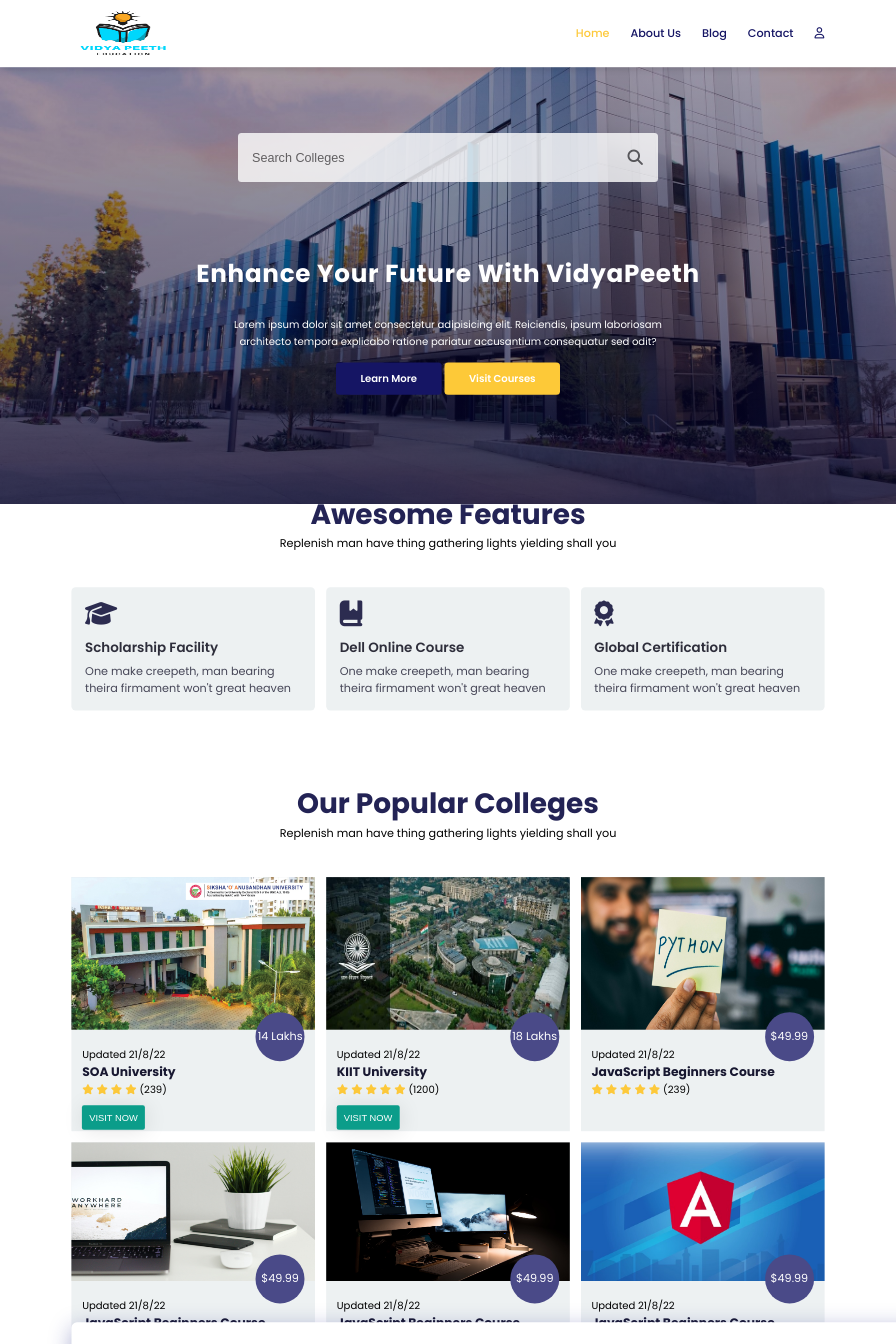
Repository: NamanSahu09/VidyaPreet-Ed-Tech-Website
Page: index.html
The author's editor kept a copy of each file at every save. The page is drawn from the files as they stood at one save, then again after the next save.
The browser window is 1280 px wide. The pictures show the part of the page from y = 0 to 1920 px (the page is 3656 px tall), at 70% of full size.
Some web libraries are served in a nearby version.

Above is the page before, as saved 2024-04-11 15:29:00.

After the next save:
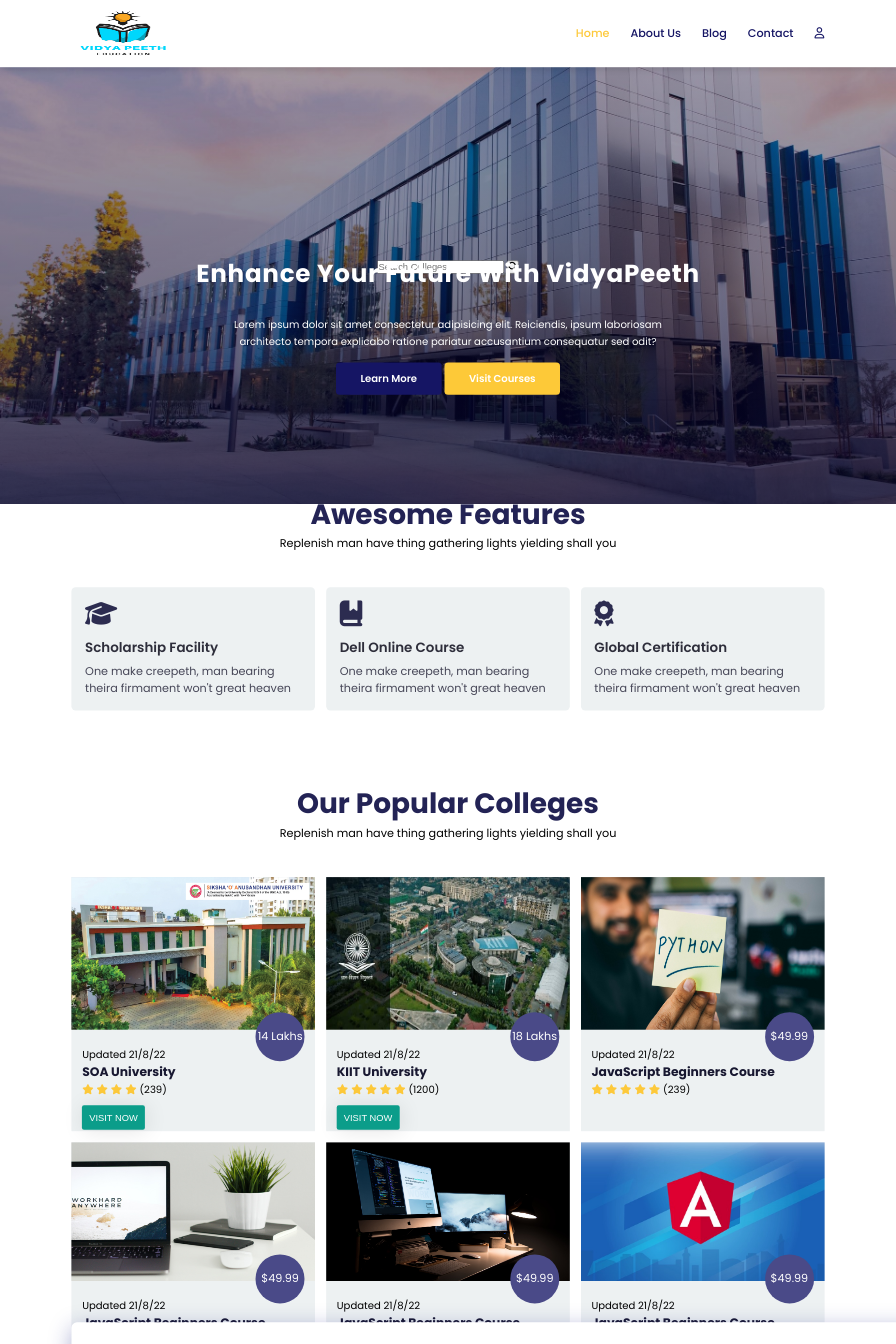
Saved 56 s later.
--- a/style.css
+++ b/style.css
@@ -221,50 +221,6 @@
 
 
 
-/* ------------------- */
-/* Search Bar */
-.search-box
-{
-	width: 600px;
-	background: #fff;
-	margin: 150px auto auto;
-	border-radius: 5px;
-	opacity: 0.8;
-}
-.row
-{
-	display: flex;
-	align-items:center;
-	padding: 10px 20px;
-}
-input
-{
-	flex: 1;
-	height: 50px;
-	background:transparent;
-	border:0;
-	outline:0;
-	font-size: 18px;
-	color:#333;
-}
-
-button
-{
-	background:transparent;
-	border:0;
-	outline: 0;
-}
-button .fa-solid
-{
-	width:25px;
-	color: #555;
-	cursor: pointer;
-	font-size: 22px;
-}
-::placeholder
-{
-	color: #555;
-}
 
 
 
